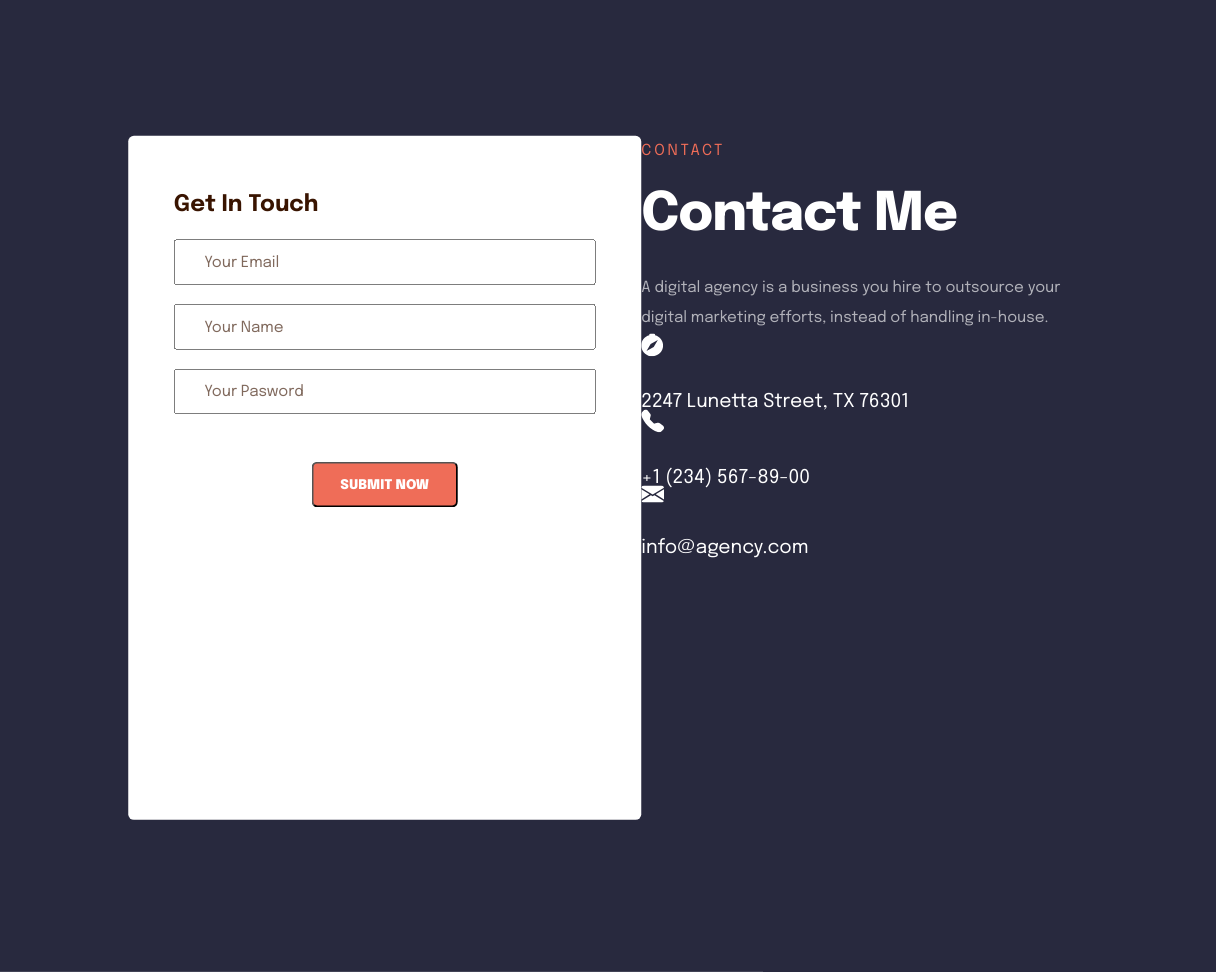
Repository: MehdiKerimov/Figma-Task-14
Page: index.html
These files come from the project's save history. The page is drawn as it stood at one moment and after the next save; the edit follows.
The browser window is 1280 px wide. The pictures show the whole page, at 95% of full size.

Above is the page before, as saved 2023-10-07 15:29:32.

### index.html
<!DOCTYPE html>
<html lang="en">
  <head>
    <meta charset="UTF-8" />
    <meta name="viewport" content="width=device-width, initial-scale=1.0" />
    <title>Document</title>
    <link rel="stylesheet" href="index.css" />
  </head>
  <body>
    <div class="container">
      <div class="box-container">
        <h1>Get In Touch</h1>
        <form action="">
          <label for="">
            <input type="email" placeholder="Your Email" name="" id="" />
          </label>
          <label for="">
            <input type="text" placeholder="Your Name" />
          </label>
          <label for="">
            <input type="password" placeholder="Your Pasword" />
          </label>
          <button><a href="#">Submit Now</a></button>

        </form>
      </div>

      <div class="text-box">
        <h1>Contact</h1>
        <h2>Contact Me</h2>
        <p>
          A digital agency is a business you hire to outsource your digital
          marketing efforts, instead of handling in-house.
        </p>

        <div class="box">
          <div class="circle">
            <svg
              xmlns="http://www.w3.org/2000/svg"
              width="23"
              height="24"
              viewBox="0 0 23 24"
              fill="none"
            >
              <path
                fill-rule="evenodd"
                clip-rule="evenodd"
                d="M12.5128 23.9559C18.4476 23.4434 22.9991 18.5852 23 12.7619C22.9992 7.68681 19.5202 3.24133 14.5089 1.91219C14.6419 1.45966 14.5495 0.972375 14.2595 0.596433C13.9696 0.220491 13.5157 -0.000396111 13.034 0H9.9675C9.4858 -0.000396111 9.03192 0.220491 8.74193 0.596433C8.45195 0.972375 8.35958 1.45966 8.49253 1.91219C2.74205 3.43556 -0.865618 8.99957 0.179927 14.7325C1.22547 20.4654 6.57793 24.4683 12.5128 23.9559ZM17.4618 6.91176L17.465 6.90994L17.462 6.91144L17.4618 6.91176ZM17.4618 6.91176L9.87551 11.1479L5.53646 18.5674L13.126 14.3294L17.4618 6.91176Z"
                fill="white"
              />
            </svg>
            <p>2247 Lunetta Street, TX 76301</p>
          </div>

          <div class="circle">
            <svg
              xmlns="http://www.w3.org/2000/svg"
              width="24"
              height="24"
              viewBox="0 0 24 24"
              fill="none"
            >
              <path
                fill-rule="evenodd"
                clip-rule="evenodd"
                d="M2.82812 0.765296C3.35902 0.235151 4.09188 -0.0416708 4.84066 0.0050961C5.58945 0.051863 6.28217 0.417722 6.743 1.00981L9.43541 4.46897C9.92889 5.10349 10.1029 5.93003 9.9079 6.71007L9.08742 9.99522C9.00114 10.3413 9.10245 10.7073 9.35441 10.9598L13.0398 14.6454C13.2925 14.8979 13.6592 14.9993 14.0058 14.9124L17.2892 14.0919C18.0691 13.8969 18.8953 14.0711 19.5301 14.5644L22.989 17.2555C24.2324 18.2231 24.3464 20.0607 23.2335 21.1722L21.6825 22.7233C20.5726 23.8333 18.9136 24.3209 17.3672 23.7763C13.4091 22.3836 9.81531 20.1174 6.85249 17.146C3.88152 14.1834 1.61557 10.5899 0.222699 6.63206C-0.320284 5.08699 0.167201 3.42642 1.27717 2.31637L2.82812 0.765296Z"
                fill="white"
              />
            </svg>
            <p>+1 (234) 567-89-00</p>
          </div>
          <div class="circle">
            <svg
              xmlns="http://www.w3.org/2000/svg"
              width="24"
              height="18"
              viewBox="0 0 24 18"
              fill="none"
            >
              <path
                fill-rule="evenodd"
                clip-rule="evenodd"
                d="M3 0C1.60024 -9.42171e-05 0.386447 0.967828 0.075 2.3325L12 9.621L23.925 2.3325C23.6136 0.967828 22.3998 -9.42171e-05 21 0H3ZM0 14.7015V4.0455L8.7045 9.3645L0 14.7015ZM10.1415 10.245L0.2865 16.2855C0.78351 17.3335 1.84012 18.0011 3 18H21C22.1597 18.0003 23.2157 17.3321 23.712 16.284L13.857 10.2435L12 11.379L10.1415 10.2435V10.245ZM24 14.7015L15.2955 9.366V9.3645L24 4.0455V14.7015Z"
                fill="white"
              />
            </svg>
            <p>info@agency.com</p>
          </div>
        </div>
      </div>
    </div>
  </body>
</html>

### index.css
@import url("https://fonts.googleapis.com/css2?family=Epilogue:wght@400;700;800;900&display=swap");
* {
  padding: 0;
  margin: 0;
  box-sizing: border-box;
}
.container {
  background-color: #28293e;
  min-height: 100vh;
  padding: 143px 135px 160px 135px;
  display: flex;
  justify-content: space-between;
}
.container .box-container {
  padding: 57px 48px 48px 48px;
  width: 570px;
  border-radius: 6px;
  background: #fff;
}
.container .box-container h1 {
  color: var(--Text_Dark, #391400);
  font-feature-settings: "clig" off, "liga" off;
  font-family: Epilogue;
  font-size: 24px;
  font-style: normal;
  font-weight: 700;
  line-height: 32px;
}
form {
  display: flex;
  flex-direction: column;
  align-items: center;
}
label {
  width: 100%;
  margin-top: 20px;
}
input {
  padding-left: 30px;
  padding-right: 30px;

  width: 100%;
  height: 48px;
}
input::placeholder {
  color: var(--Text_Dark_Gray, rgba(57, 20, 0, 0.64));
  font-feature-settings: "clig" off, "liga" off;
  font-family: Epilogue;
  font-size: 16px;
  font-style: normal;
  font-weight: 400;
  line-height: 32px;
}
.container .box-container button {
  margin-top: 50px;
  width: 154px;
  height: 48px;
  border-radius: 6px;
  background: #ef6d58;
}
.container .box-container button a {
  text-decoration: none;
  color: #fff;
  text-align: center;
  font-family: Epilogue;
  font-size: 14px;
  font-style: normal;
  font-weight: 900;
  line-height: normal;
  text-transform: uppercase;
}
.container .text-box {
  min-height: 100vh;
}
.container .text-box h1 {
  width: 86px;
  color: var(--Text_Light_Accent, #ef6d58);
  font-feature-settings: "clig" off, "liga" off;
  font-family: Epilogue;
  font-size: 16px;
  font-style: normal;
  font-weight: 400;
  line-height: 32px;
  letter-spacing: 3px;
  text-transform: uppercase;
}
.container .text-box h2 {
  margin-top: 20px;
  color: var(--Text_Light, #fff);
  font-feature-settings: "clig" off, "liga" off;
  font-family: Epilogue;
  font-size: 56px;
  font-style: normal;
  font-weight: 800;
  line-height: 64px;
  letter-spacing: -1px;
}
.container .text-box p {
  margin-top: 28px;
  width: 470px;
  color: var(--Text_Light_Gray, rgba(255, 255, 255, 0.64));
  font-feature-settings: "clig" off, "liga" off;
  font-family: Epilogue;
  font-size: 16px;
  font-style: normal;
  font-weight: 400;
  line-height: 32px;
}
.container .box p {
  color: var(--Text_Light, #fff);
  font-feature-settings: "clig" off, "liga" off;
  font-family: Epilogue;
  font-size: 20px;
  font-style: normal;
  font-weight: 400;
  line-height: 32px;
}
.container .circle {
  width: 80px;
  height: 80px;
  border-radius: 50%;
}
.container {
}

After the next save:
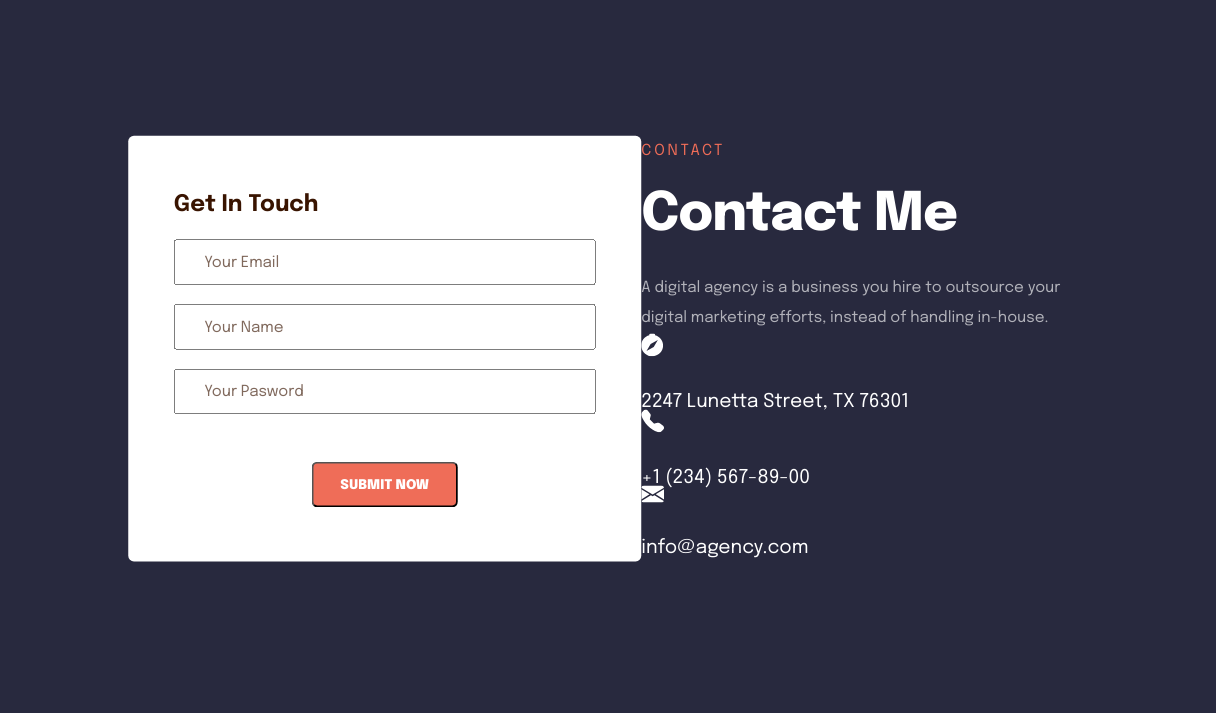
Saved 17 s later.
--- a/index.css
+++ b/index.css
@@ -69,9 +69,9 @@ input::placeholder {
   line-height: normal;
   text-transform: uppercase;
 }
-.container .text-box {
+/* .container .text-box {
   min-height: 100vh;
-}
+} */
 .container .text-box h1 {
   width: 86px;
   color: var(--Text_Light_Accent, #ef6d58);
